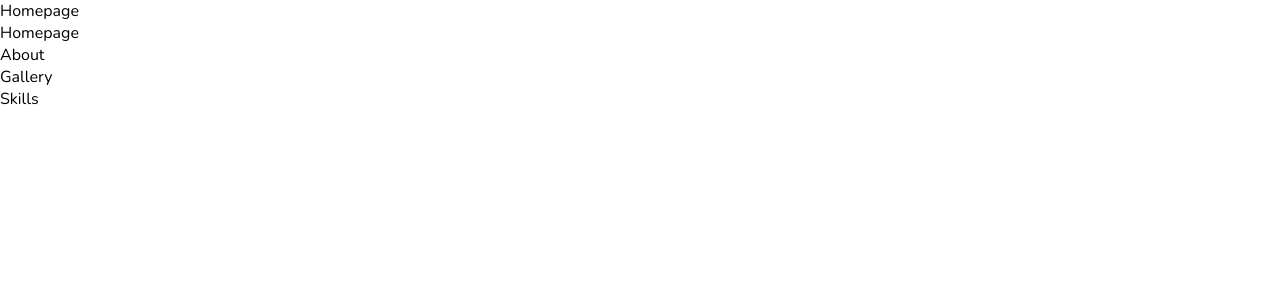
Repository: sabrina-bongiovanni/portfolio2022
Page: / (app in portfolio2022/)
These files come from the project's save history. The page is drawn as it stood at one moment and after the next save; the edit follows.
The browser window is 1280 px wide. The pictures show the whole page.
The project was rebuilt for these pictures with package versions that can differ from the ones it lists, and the page was loaded fresh each time.

Above is the page before, as saved 2023-01-16 15:49:36.

After the next save:
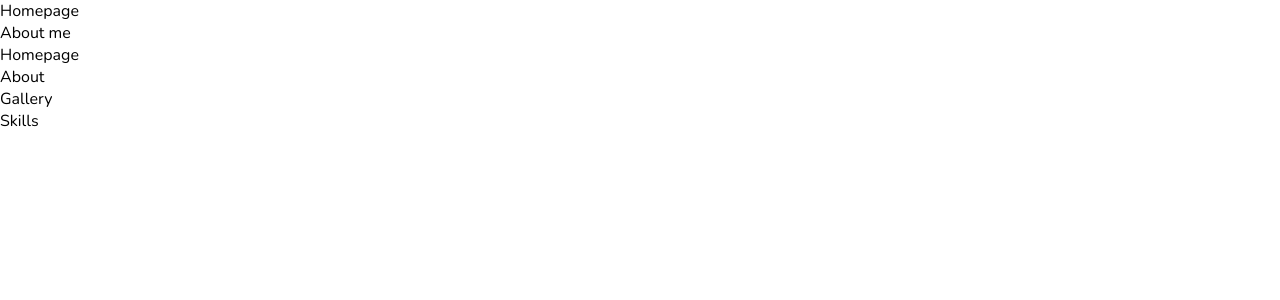
Saved 15 s later.
--- a/portfolio2022/src/Components/Navbar/Navbar.jsx
+++ b/portfolio2022/src/Components/Navbar/Navbar.jsx
@@ -5,6 +5,7 @@ const Navbar = () => {
     <div className="navbar-container">
       <div className="menu-container">
         <div className="menu-item">Homepage</div>
+        <div className="menu-item">About me</div>
       </div>
     </div>
   );
